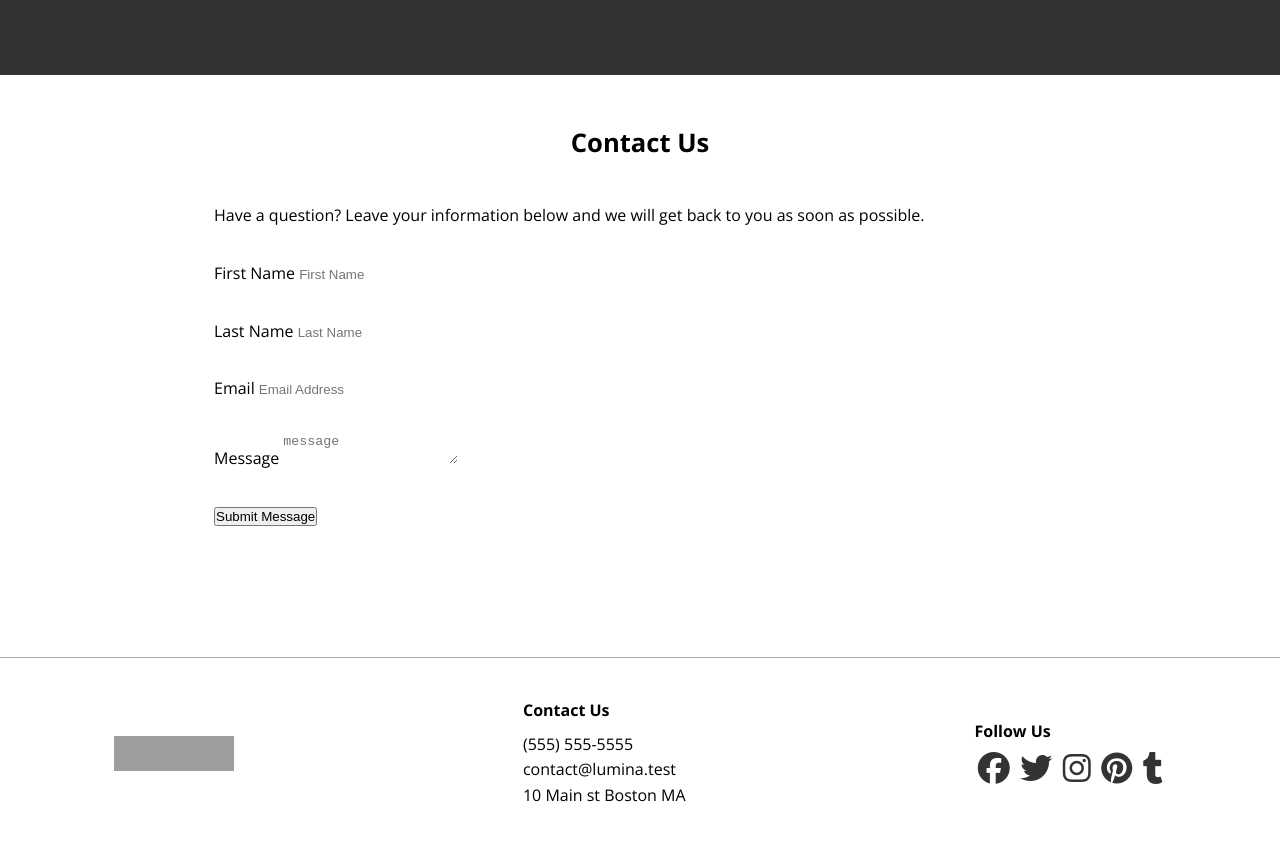
Repository: AchrafAzzaoui/lumina-creative-html-css-project
Page: lumina-creative/contact.html
The author's editor kept a copy of each file at every save. The page is drawn from the files as they stood at one save, then again after the next save.
The browser window is 1280 px wide. The pictures show the part of the page from y = 571 to 1523 px (the page is 1419 px tall before and 1523 px after).
Pictures or frames that could not be fetched are drawn as grey boxes. A picture or video elsewhere on the page could not be fetched, so the positions and the page height are approximate. Some web libraries are served in a nearby version.

Above is the page before, as saved 2024-08-22 22:22:43.

After the next save:
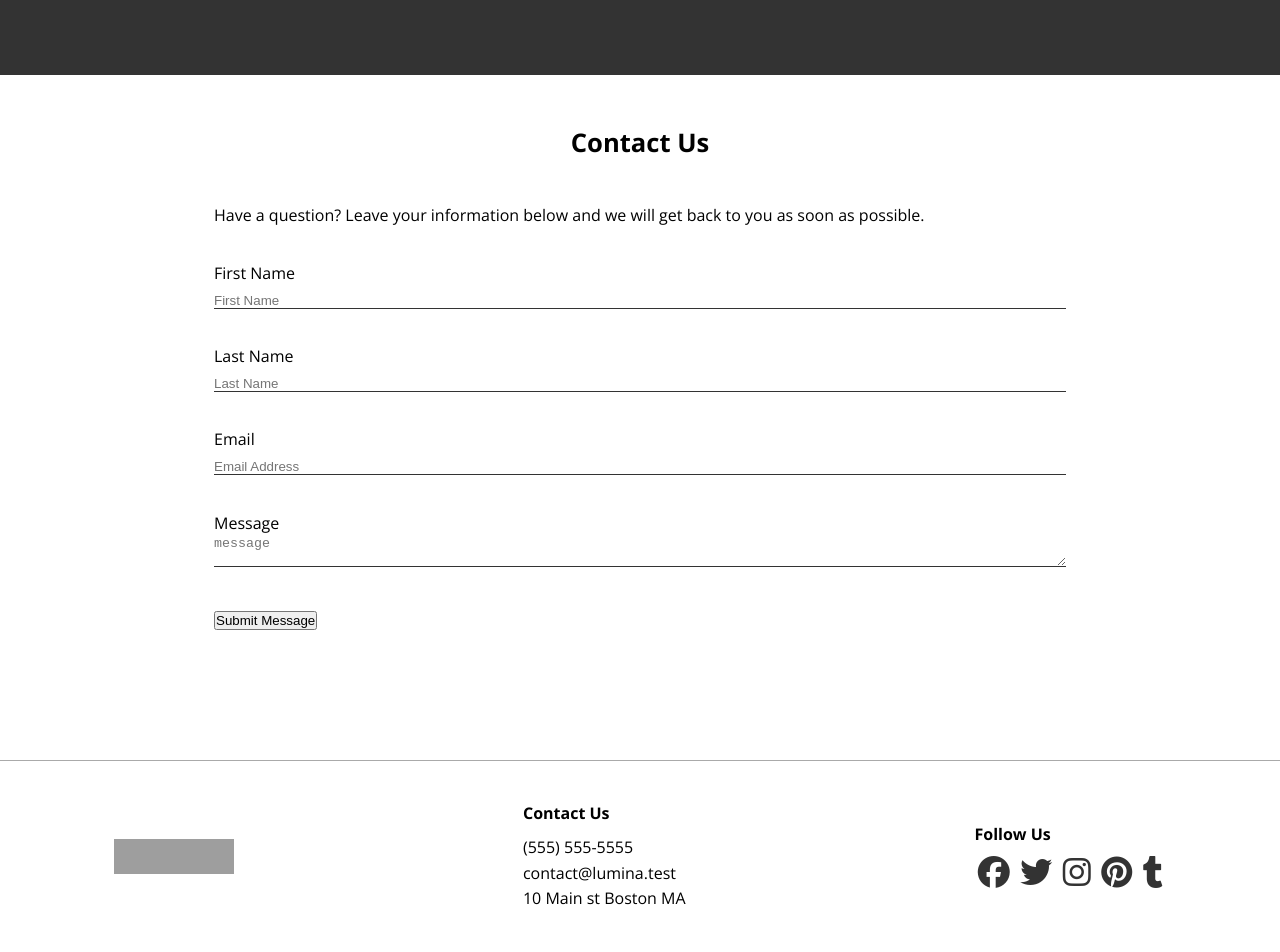
Saved 16 s later.
--- a/lumina-creative/css/styles.css
+++ b/lumina-creative/css/styles.css
@@ -195,6 +195,8 @@ img {
 .contact input,
 .contact textarea {
   border: none;
+  border-bottom: 1px #333 solid;
+  width: 100%;
 }
 
 /* Media Queries */
